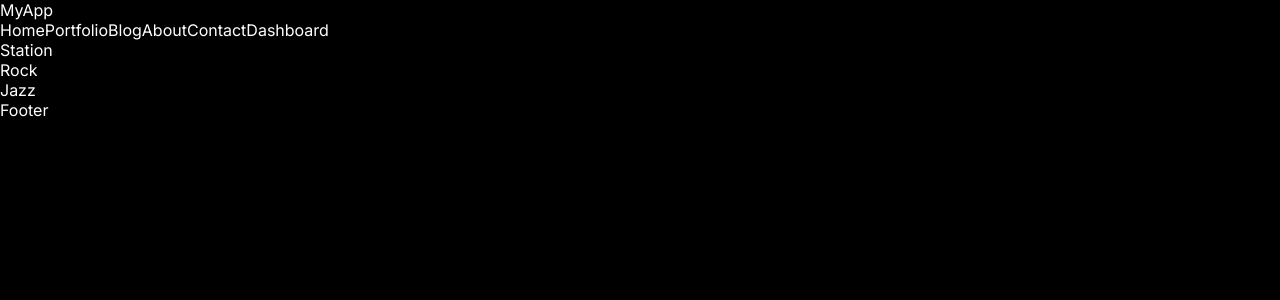
Repository: Iq-Life/musicflow-life
Page: /station
These files come from the project's save history. The page is drawn as it stood at one moment and after the next save; the edit follows.
The browser window is 1280 px wide. The pictures show the whole page.
The project was rebuilt for these pictures with package versions that can differ from the ones it lists, and the page was loaded fresh each time. The framework's server and built-in components were replaced by stand-ins that run in the browser. Also part of the build but not shown: next.config.js.

Above is the page before, as saved 2023-09-14 15:08:21.

After the next save:
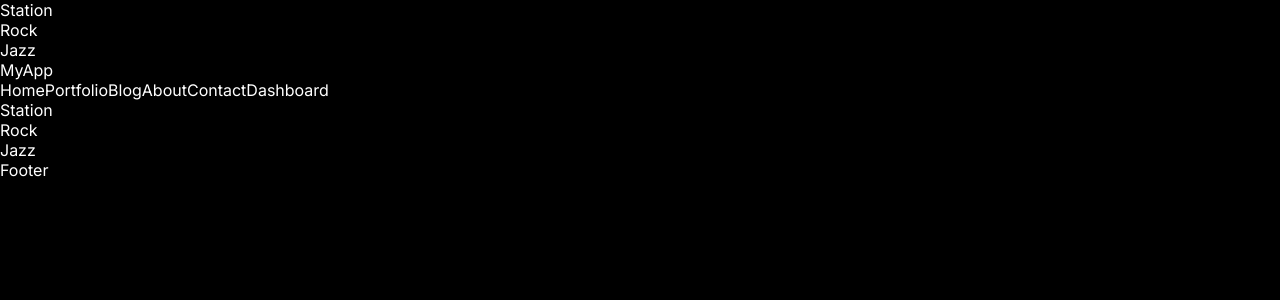
Saved 57 s later.
--- a/src/app/layout.tsx
+++ b/src/app/layout.tsx
@@ -3,6 +3,7 @@ import type { Metadata } from 'next'
 import { Inter } from 'next/font/google'
 import Navbar from '@/components/navbar/Navbar'
 import Footer from '@/components/footer/Footer'
+import StationsList from '@/components/station/StationsList'
 
 const inter = Inter({ subsets: ['latin'] })
 
@@ -20,6 +21,7 @@ export default function RootLayout({
     <html lang="en">
       <body className={inter.className}>
         <div className='container'>
+          <StationsList/>
           <Navbar/>
           {children}
           <Footer/>
